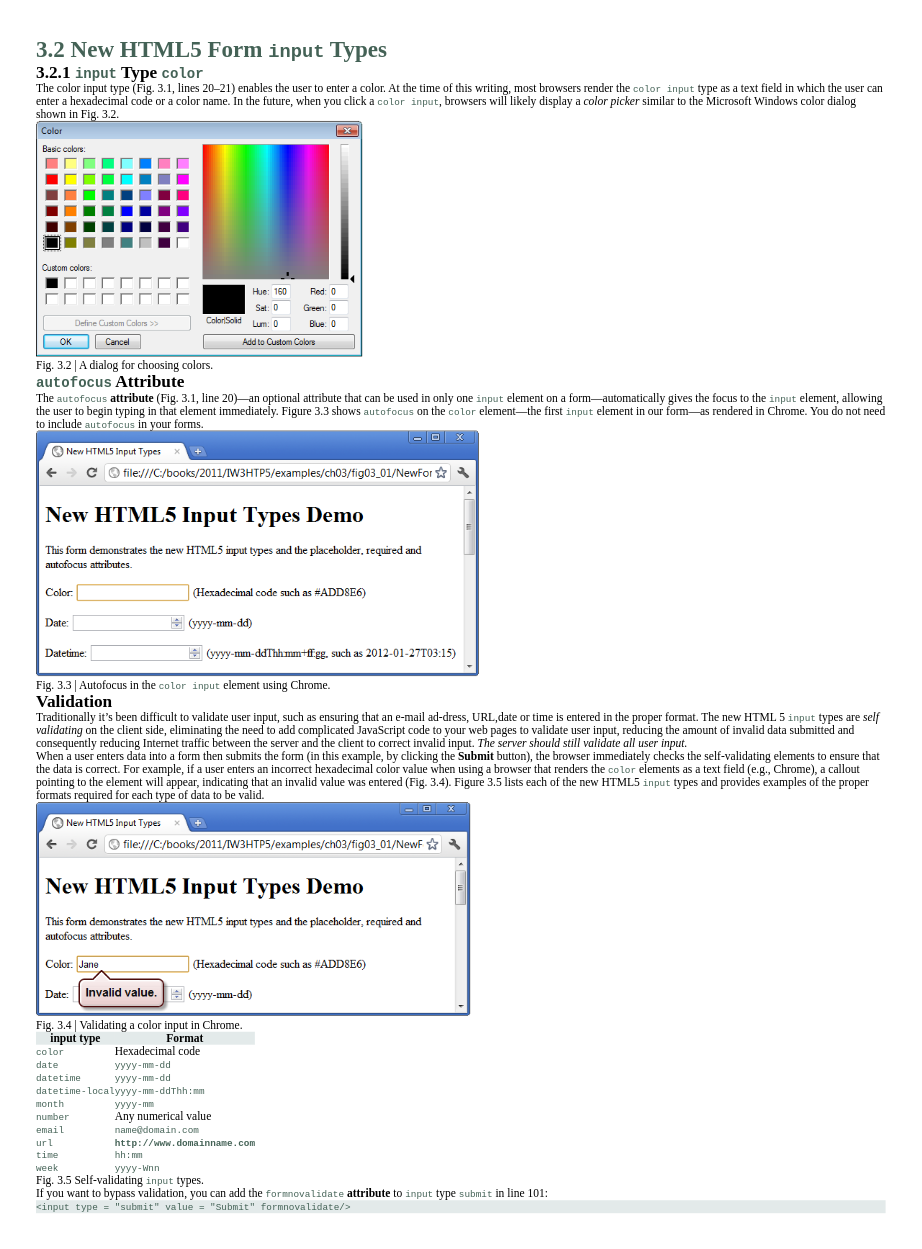
Repository: mlmEFSC21/P4-Textbook-Copy
Page: index.html
The author's editor kept a copy of each file at every save. The page is drawn from the files as they stood at one save, then again after the next save.
The browser window is 1280 px wide. The pictures show the whole page, at 72% of full size.

Above is the page before, as saved 2022-02-03 15:41:27.

After the next save:
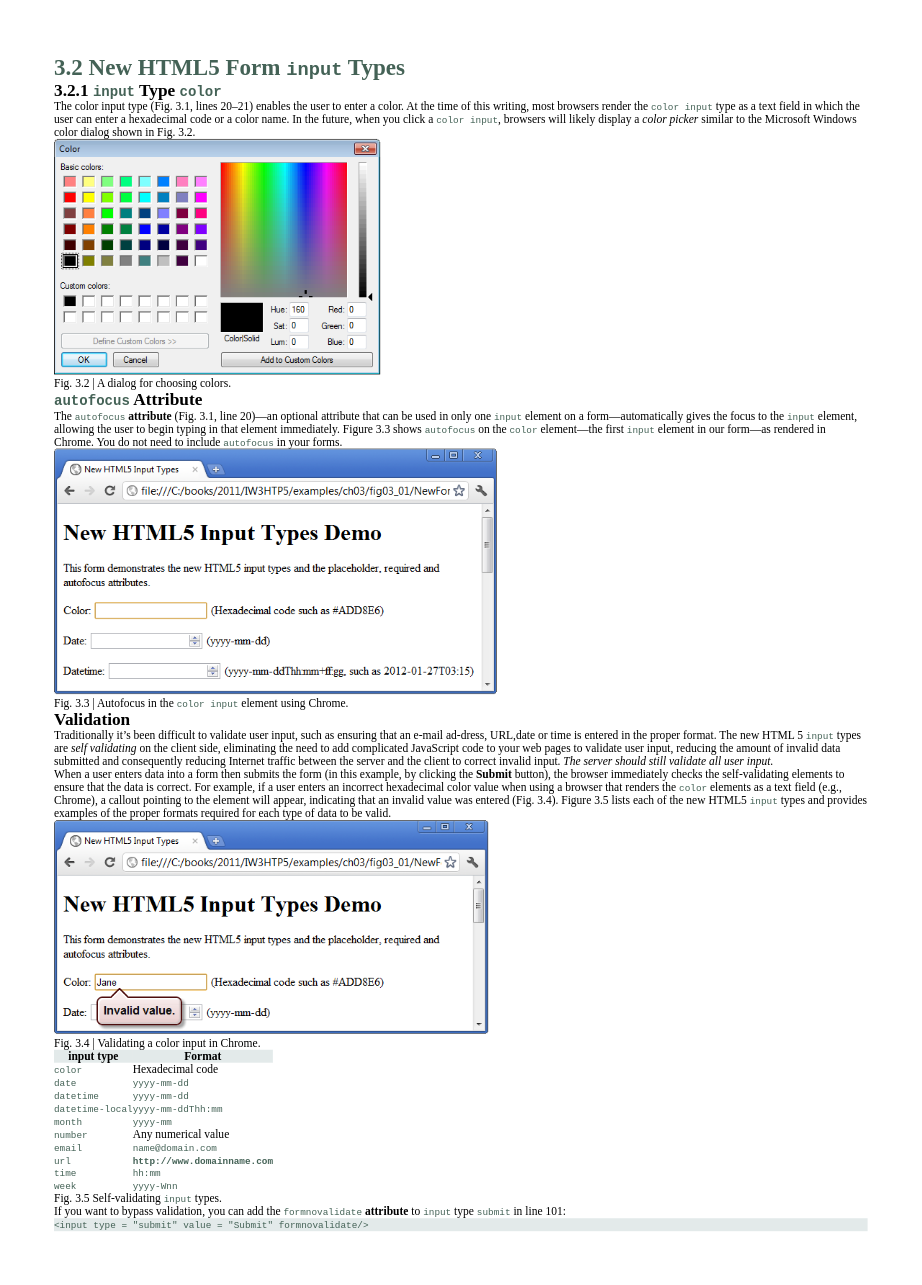
Saved 13 s later.
--- a/bookStyles.css
+++ b/bookStyles.css
@@ -15,7 +15,7 @@
     box-sizing: border-box;
 }
 body {
-    margin: 50px;
+    margin: 75px;
     padding: auto;
     background-color: var(--clr-background);
     color: var(--clr-font-prime);
